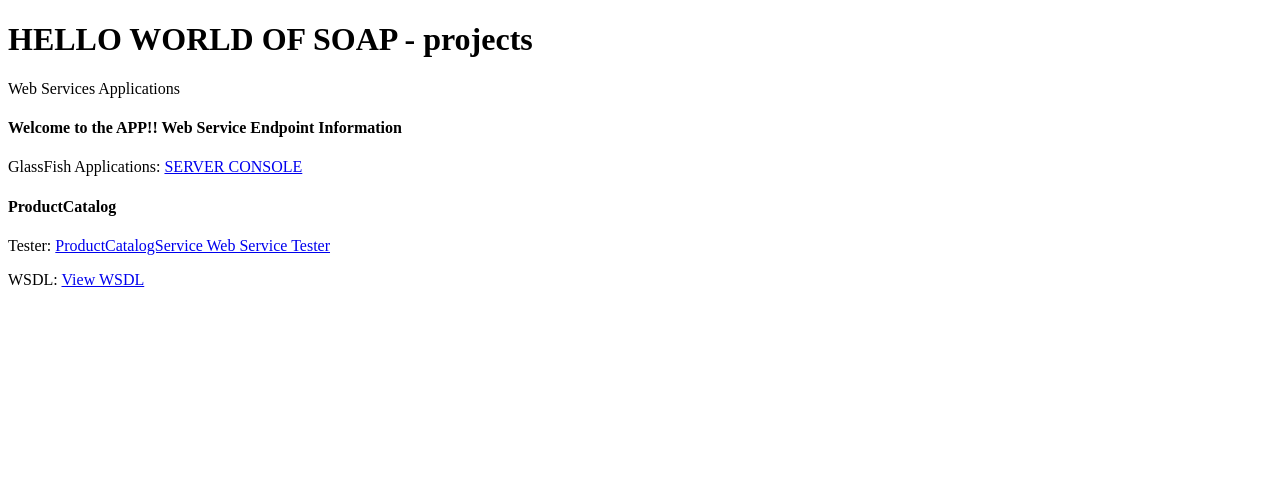
Repository: atafs/BackEnd_JAX-JAX-WS_SOAP
Page: http://localhost/Project_003_SOAP_server_ServiceAndContractFirst/
An editor plug-in stored every save of this project. The page is shown before and after the next save, followed by the edit.
The browser window is 1280 px wide. The pictures show the whole page.
The page is served by Tomcat 9.

Above is the page before, as saved 2016-01-26 11:44:05.

After the next save:
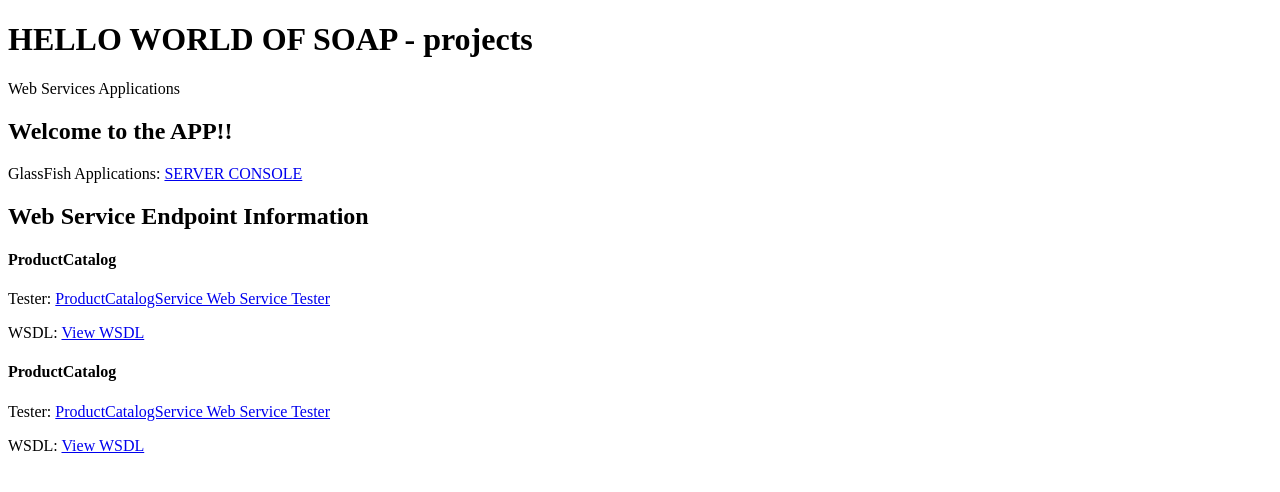
Saved 53 s later.
--- a/Project_003_SOAP_server_ServiceAndContractFirst/WebContent/index.jsp
+++ b/Project_003_SOAP_server_ServiceAndContractFirst/WebContent/index.jsp
@@ -15,8 +15,13 @@
 	<p>Web Services Applications</p>
 
 	<!-- LINKS -->
-	<h4>Welcome to the APP!! Web Service Endpoint Information </h4>
+	<h2>Welcome to the APP!! </h4>
 	<p>GlassFish Applications: <a href="http://localhost:4848/common/index.jsf">SERVER CONSOLE</a></p>
+
+	<h2>Web Service Endpoint Information</h2>
+	<h4>ProductCatalog</h4>
+	<p>Tester: <a href="http://atafs:9090/Project_003_SOAP_server_ServiceAndContractFirst/ProductCatalogService?Tester">ProductCatalogService Web Service Tester</a></p>
+	<p>WSDL: <a href="http://atafs:9090/Project_003_SOAP_server_ServiceAndContractFirst/ProductCatalogService?wsdl">View WSDL</a></p>
 
 	<h4>ProductCatalog</h4>
 	<p>Tester: <a href="http://atafs:9090/Project_003_SOAP_server_ServiceAndContractFirst/ProductCatalogService?Tester">ProductCatalogService Web Service Tester</a></p>
